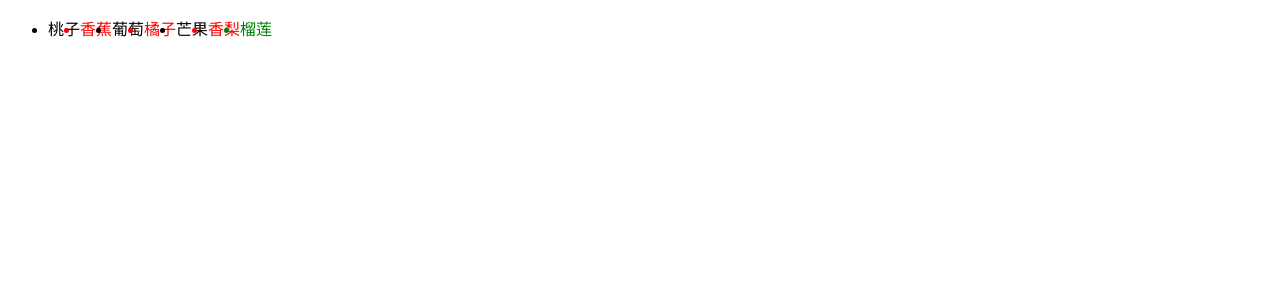
Repository: yanran12345/02-common-knowledge
Page: 02 css样式/01 sass样式.html
An editor plug-in stored every save of this project. The page is shown before and after the next save, followed by the edit.
The browser window is 1280 px wide. The pictures show the whole page.

Above is the page before, as saved 2021-06-25 15:23:04.

After the next save:
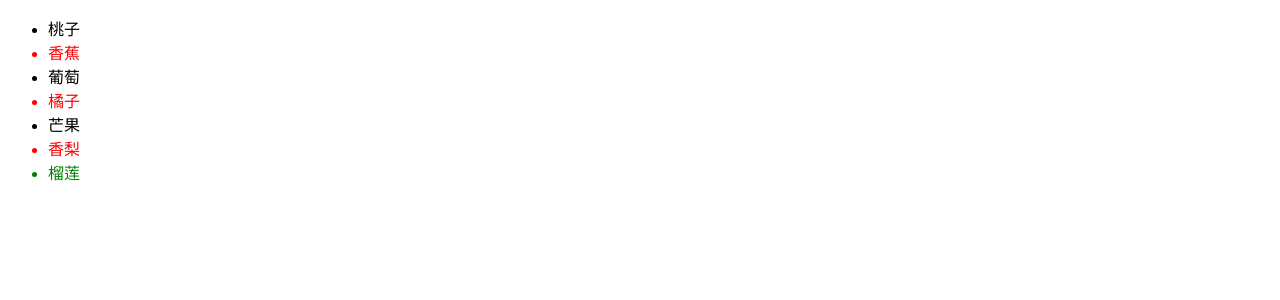
Saved 14 s later.
--- a/02 css样式/01 sass样式.html
+++ b/02 css样式/01 sass样式.html
@@ -10,9 +10,6 @@
   /* n从0开始 偶数2n 奇数2n-1 开始3个 -n+3 */
   .item:nth-child(2n) {
     color: red;
-  }
-  li {
-    float: left;
   }
   .item:last-child {
     color: green;
@@ -30,7 +27,7 @@
 </style>
 <body>
   <div class="contentWrap">
-    <ul class="fruits clearfix">
+    <ul class="fruits">
       <li class="item">桃子</li>
       <li class="item">香蕉</li>
       <li class="item">葡萄</li>
